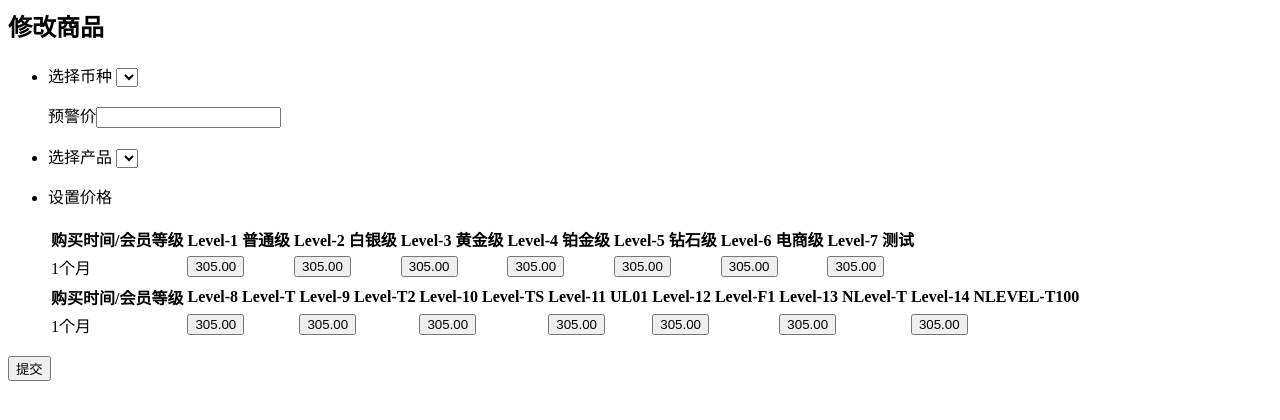
Repository: wangyan466393/racentSystem
Page: updateProduct.html
An editor plug-in stored every save of this project. The page is shown before and after the next save, followed by the edit.
The browser window is 1280 px wide. The pictures show the whole page.

Above is the page before, as saved 2020-08-13 11:35:37.

### updateProduct.html
<div id="content_box">
    <h2>修改商品</h2>
<div class="config_box">
    <div class="price_content">
        <ul>
            <li>
                <p>
                    <span>选择币种</span>
                    <select name="" id="" class="config_inp">
                        <option value=""></option>
                    </select>
                </p>
                <p>
                    <span>预警价</span><input type="text" class="config_inp">
                </p>
            </li>
            <li>
                <p>
                    <span>选择产品</span>
                    <select name="" id="" class="config_inp">
                        <option value=""></option>
                    </select>
                </p>
            </li>

            <li>
               <p> <span>设置价格</span></p>
               <div class="priceData_box">
                <table id="price_tabledata" class="price_tabledata">
                    <thead>
                        <tr>
                            <th>购买时间/会员等级</th>
                            <th>Level-1 普通级</th>
                            <th>Level-2 白银级</th>
                            <th>Level-3 黄金级</th>
                            <th>Level-4 铂金级</th>
                            <th>Level-5 钻石级</th>
                            <th>Level-6 电商级</th>
                            <th>Level-7 测试</th>
                        </tr>
                    </thead>
                    <tbody>
                        <tr>
                            <td>1个月</td>
                            <td><button>305.00</button></td>
                            <td><button>305.00</button></td>
                            <td><button>305.00</button></td>
                            <td><button>305.00</button></td>
                            <td><button>305.00</button></td>
                            <td><button>305.00</button></td>
                            <td><button>305.00</button></td>
                        </tr>
                    </tbody>
                </table>
                <table id="price_tabledata2" class="price_tabledata">
                    <thead>
                        <tr>
                            <th>购买时间/会员等级</th>
                            <th>Level-8 Level-T</th>
                            <th>Level-9 Level-T2</th>
                            <th>Level-10 Level-TS</th>
                            <th>Level-11 UL01</th>
                            <th>Level-12 Level-F1</th>
                            <th>Level-13 NLevel-T</th>
                            <th>Level-14 NLEVEL-T100</th>
                        </tr>
                    </thead>
                    <tbody>
                        <tr>
                            <td>1个月</td>
                            <td><button>305.00</button></td>
                            <td><button>305.00</button></td>
                            <td><button>305.00</button></td>
                            <td><button>305.00</button></td>
                            <td><button>305.00</button></td>
                            <td><button>305.00</button></td>
                            <td><button>305.00</button></td>
                        </tr>
                    </tbody>
                </table>
                </div>
            </li>

        </ul>
    </div>
</div>
</div>
<div class="email_back_btn">
    <button type="button">提交</button>
</div>

After the next save:
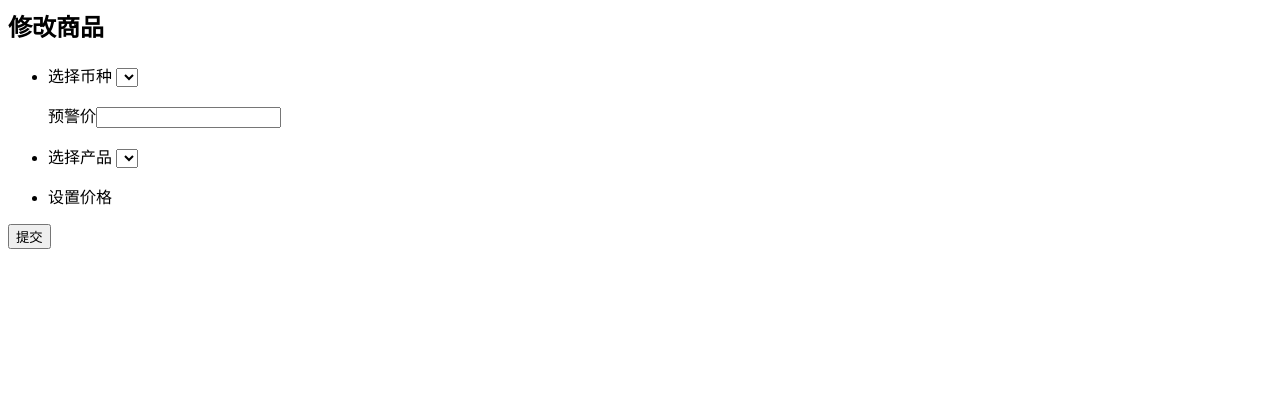
Saved 33 s later.
--- a/updateProduct.html
+++ b/updateProduct.html
@@ -26,58 +26,7 @@
             <li>
                <p> <span>设置价格</span></p>
                <div class="priceData_box">
-                <table id="price_tabledata" class="price_tabledata">
-                    <thead>
-                        <tr>
-                            <th>购买时间/会员等级</th>
-                            <th>Level-1 普通级</th>
-                            <th>Level-2 白银级</th>
-                            <th>Level-3 黄金级</th>
-                            <th>Level-4 铂金级</th>
-                            <th>Level-5 钻石级</th>
-                            <th>Level-6 电商级</th>
-                            <th>Level-7 测试</th>
-                        </tr>
-                    </thead>
-                    <tbody>
-                        <tr>
-                            <td>1个月</td>
-                            <td><button>305.00</button></td>
-                            <td><button>305.00</button></td>
-                            <td><button>305.00</button></td>
-                            <td><button>305.00</button></td>
-                            <td><button>305.00</button></td>
-                            <td><button>305.00</button></td>
-                            <td><button>305.00</button></td>
-                        </tr>
-                    </tbody>
-                </table>
-                <table id="price_tabledata2" class="price_tabledata">
-                    <thead>
-                        <tr>
-                            <th>购买时间/会员等级</th>
-                            <th>Level-8 Level-T</th>
-                            <th>Level-9 Level-T2</th>
-                            <th>Level-10 Level-TS</th>
-                            <th>Level-11 UL01</th>
-                            <th>Level-12 Level-F1</th>
-                            <th>Level-13 NLevel-T</th>
-                            <th>Level-14 NLEVEL-T100</th>
-                        </tr>
-                    </thead>
-                    <tbody>
-                        <tr>
-                            <td>1个月</td>
-                            <td><button>305.00</button></td>
-                            <td><button>305.00</button></td>
-                            <td><button>305.00</button></td>
-                            <td><button>305.00</button></td>
-                            <td><button>305.00</button></td>
-                            <td><button>305.00</button></td>
-                            <td><button>305.00</button></td>
-                        </tr>
-                    </tbody>
-                </table>
+
                 </div>
             </li>
 
